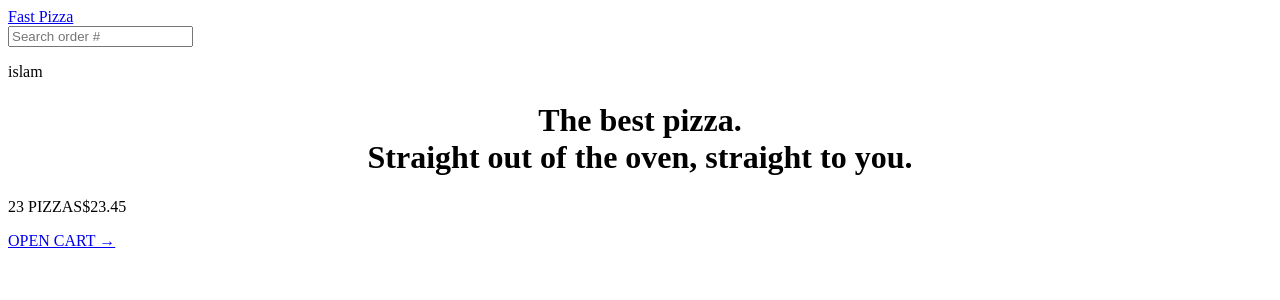
Repository: islamsaeedDev/ecommerce-cash-on-deliver-pizza-store
Page: /
The author's editor kept a copy of each file at every save. The page is drawn from the files as they stood at one save, then again after the next save.
The browser window is 1280 px wide. The pictures show the whole page.
The project was rebuilt for these pictures with package versions that can differ from the ones it lists, and the page was loaded fresh each time. Also part of the build but not shown: vite.config.js, src/ui/Error.jsx, src/services/apiRestaurant.js, src/utils/helpers.js, src/features/menu/MenuItem.jsx, src/features/menu/Menu.jsx, src/features/cart/Cart.jsx, src/features/order/Order.jsx and 1 more. Imported but missing from the stored project, and not drawn on this page: src/features/order/CreateOrder.

Above is the page before, as saved 2025-10-22 04:32:47.

After the next save:
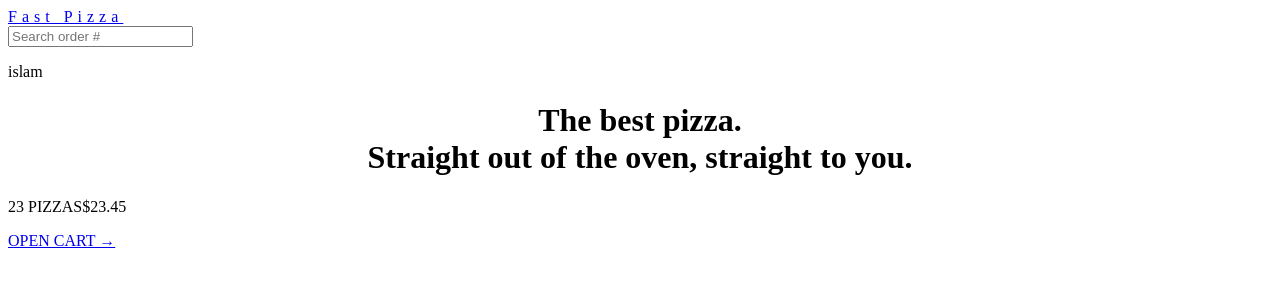
Saved 102 s later.
--- a/src/ui/Header.jsx
+++ b/src/ui/Header.jsx
@@ -4,7 +4,7 @@ import SearchOrder from '../features/order/SearchOrder';
 function Header() {
   return (
     <header className="uppcase bg-fuchsia-500">
-      <Link className="tracking-widest" to="/">
+      <Link className="tracking-[5px]" to="/">
         Fast Pizza
       </Link>
       {/* <Link to="/menu">Menu</Link>
